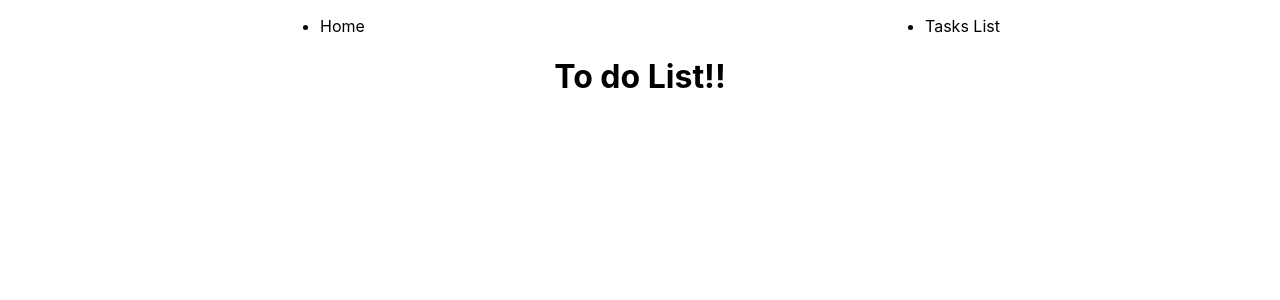
Repository: runner855/abstract_todolist
Page: /
An editor plug-in stored every save of this project. The page is shown before and after the next save, followed by the edit.
The browser window is 1280 px wide. The pictures show the whole page.
The project was rebuilt for these pictures with package versions that can differ from the ones it lists, and the page was loaded fresh each time.

Above is the page before, as saved 2022-11-08 15:15:33.

After the next save:
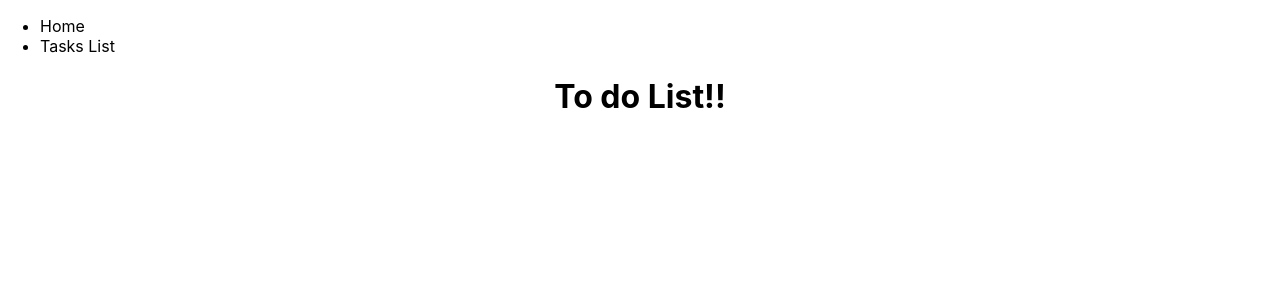
Saved 21 s later.
--- a/src/Header.css
+++ b/src/Header.css
@@ -1,4 +1,3 @@
 ul{
-    display: flex;
-    justify-content: space-around;
+   text-align: left;
 }
